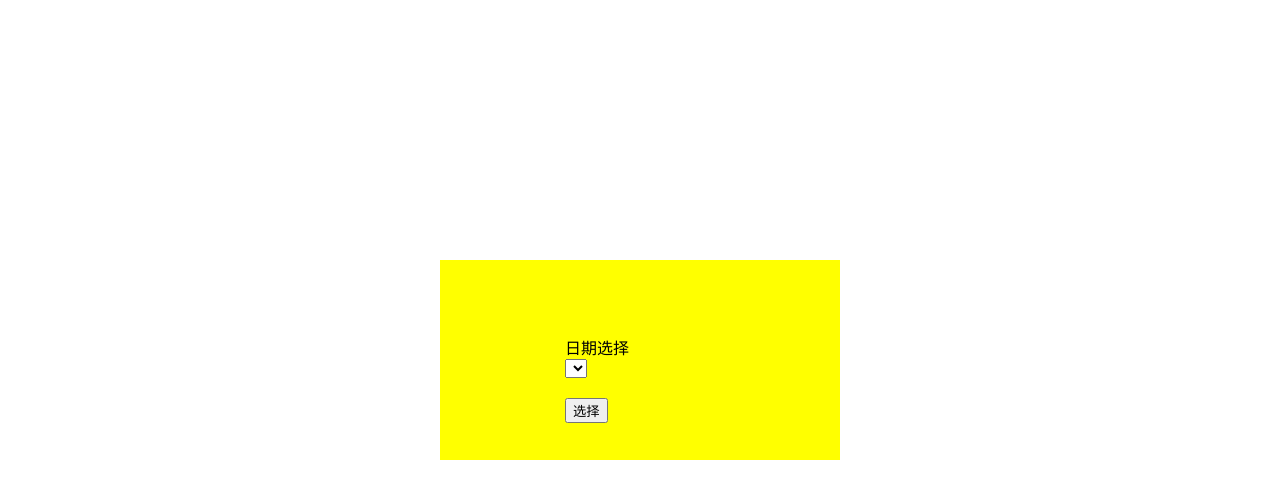
Repository: yz990219/InfectStatisticWeb
Page: http://localhost/MyInfectStatisticWeb/dateChoose.jsp
These files come from the project's save history. The page is drawn as it stood at one moment and after the next save; the edit follows.
The browser window is 1280 px wide. The pictures show the whole page.
The page is served by Tomcat 9.

Above is the page before, as saved 2020-03-13 14:14:18.

After the next save:
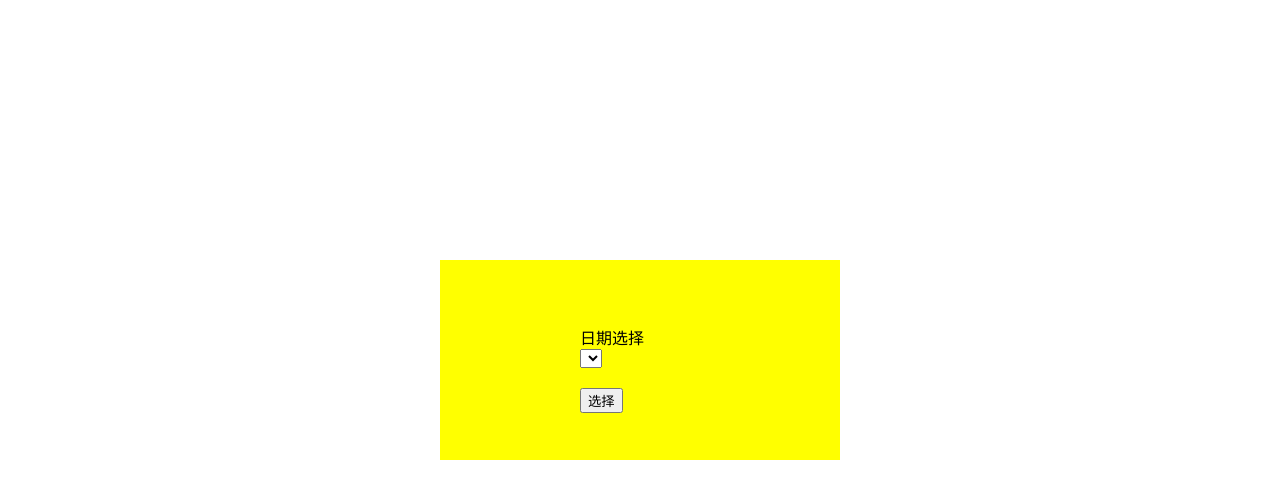
Saved 17 s later.
--- a/MyInfectStatisticWeb/WebContent/css/datechoose.css
+++ b/MyInfectStatisticWeb/WebContent/css/datechoose.css
@@ -13,5 +13,5 @@
     margin: -100px 0 0 -200px;
 }
 .form{
-	margin: 75px 0 0 125px;
+	margin: 65px 0 0 140px;
 }
